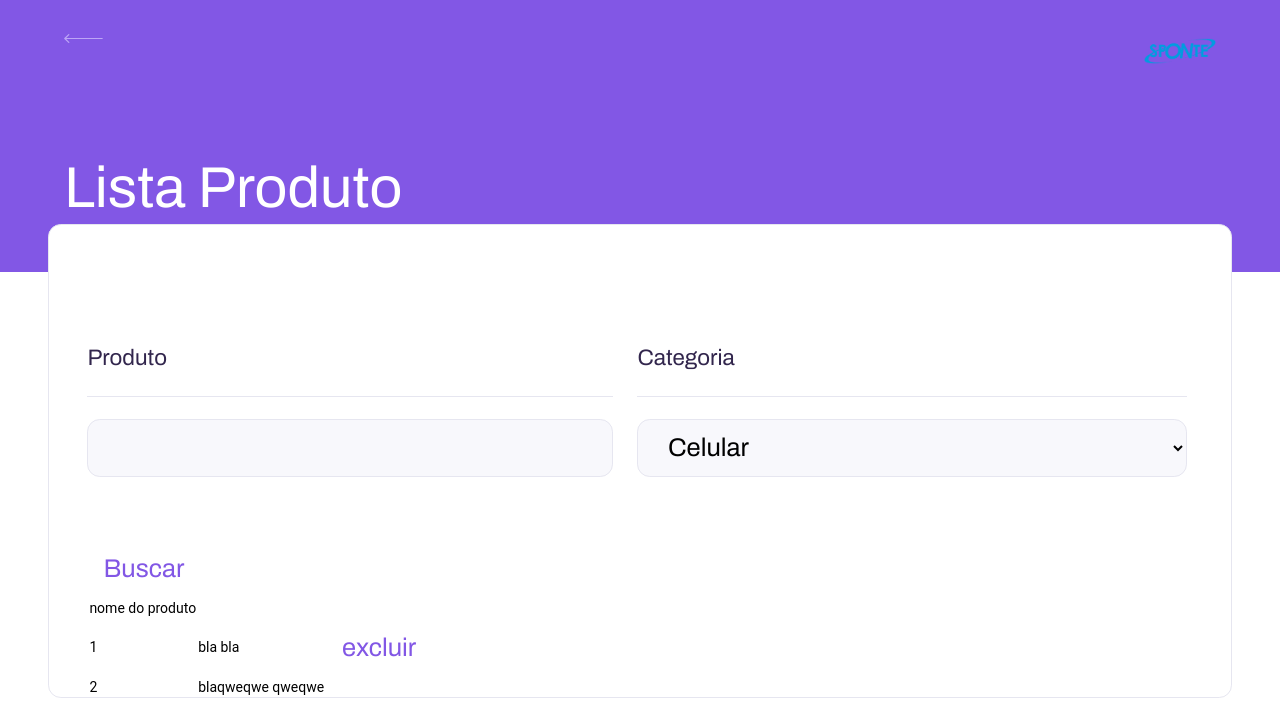
Repository: Henrique-Hoi-Dev/avalia-o-front-end
Page: /list (app in web/)
These files come from the project's save history. The page is drawn as it stood at one moment and after the next save; the edit follows.
The browser window is 1280 px wide. The pictures show the whole page.
The project was rebuilt for these pictures with package versions that can differ from the ones it lists, and the page was loaded fresh each time. Also part of the build but not shown: web/src/pages/Home/styles.js, web/src/pages/Home/index.js, web/src/services/api.js, web/src/pages/RegistrationProduct/styles.js, web/src/components/HeaderRecord/styles.js, web/src/components/HeaderRecord/index.js, web/src/pages/RegistrationProduct/Avatarinput/styles.js, web/src/pages/RegistrationProduct/Avatarinput/index.js and 1 more.

Above is the page before, as saved 2020-09-02 21:31:49.

After the next save:
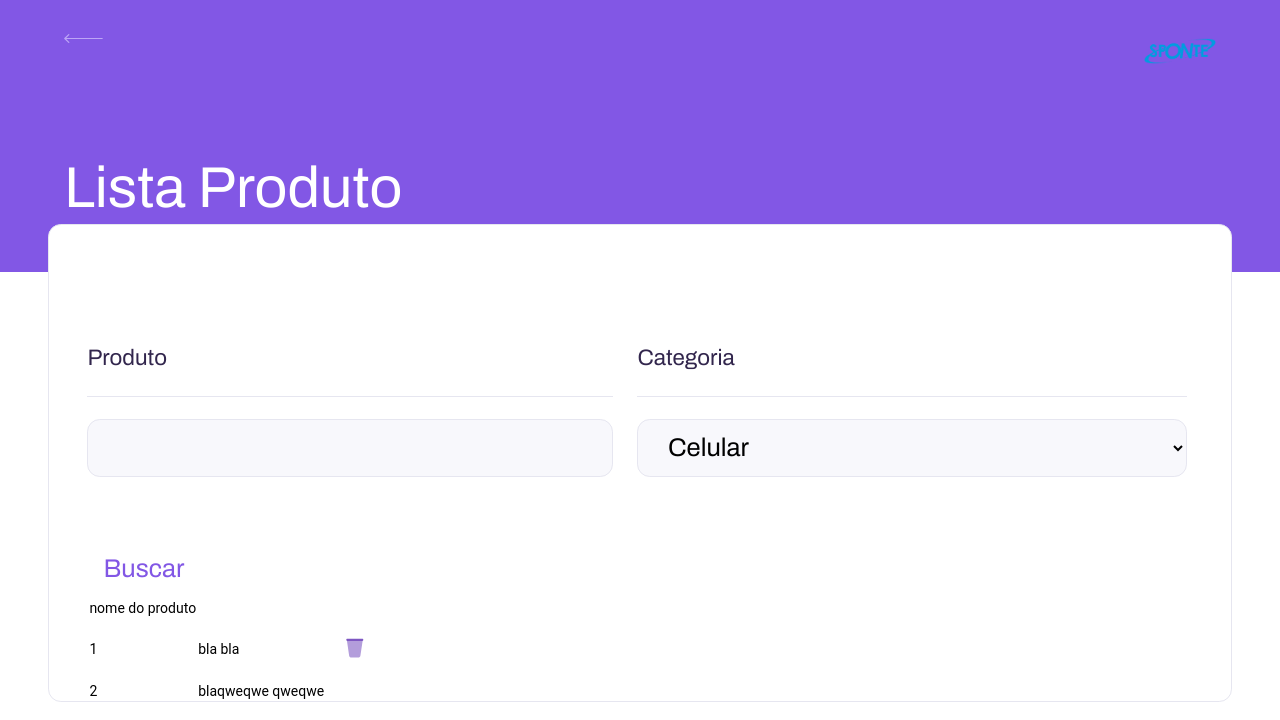
Saved 3 min 3 s later.
--- a/web/src/pages/ListProduct/index.js
+++ b/web/src/pages/ListProduct/index.js
@@ -2,6 +2,7 @@ import React from 'react';
 import * as Yup from 'yup';
 
 import Header from '../../components/HeaderList';
+import { FcEmptyTrash } from 'react-icons/fc';
 import { Formik, Field, Form } from 'formik';
 import { Container } from './styles';
 
@@ -58,7 +59,9 @@ function ListProduct() {
                     <td>1</td>
                     <td>bla bla</td>
                     <avatar />
-                    <button>excluir</button>
+                    <button>
+                      <FcEmptyTrash />
+                    </button>
                   </tr>
                   <tr>
                     <td>2</td>
